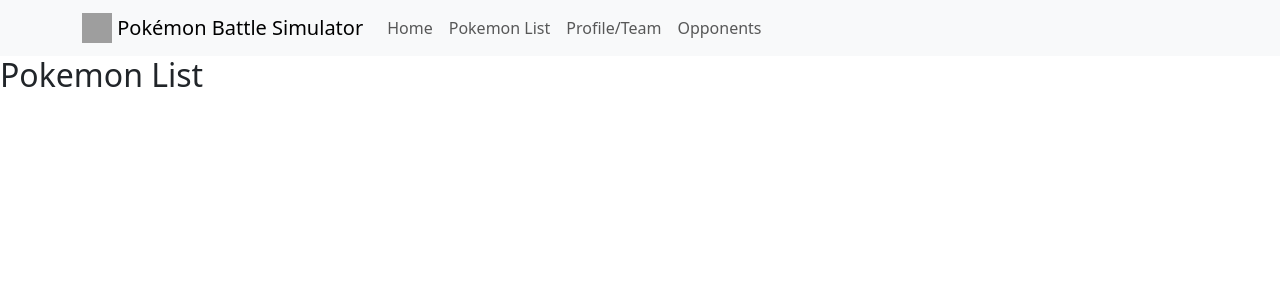
Repository: chsbca/Pokemon-Battle-Simulator
Page: /pokemon_list (app in front-end/)
The author's editor kept a copy of each file at every save. The page is drawn from the files as they stood at one save, then again after the next save.
The browser window is 1280 px wide. The pictures show the whole page.
Pictures or frames that could not be fetched are drawn as grey boxes. The page's requests for data from a server got no answer. The project was rebuilt for these pictures with package versions that can differ from the ones it lists, and the page was loaded fresh each time. No one was signed in, and anything a server would have sent is missing. Also part of the build but not shown: front-end/vite.config.js, front-end/src/pages/ProfilePage.jsx, front-end/src/pages/OpponentsPage.jsx.

Above is the page before, as saved 2024-04-10 10:02:55.

After the next save:
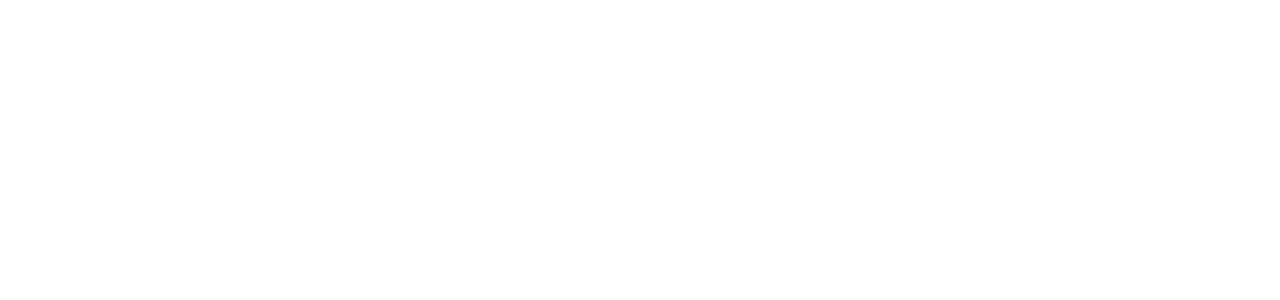
Console error: ReferenceError: PokemonCard is not defined
Saved 9 s later.
--- a/front-end/src/components/PokemonCardList.jsx
+++ b/front-end/src/components/PokemonCardList.jsx
@@ -1,7 +1,7 @@
 import React from 'react';
 import Card from 'react-bootstrap/Card';
 
-const PokemonCard = ({ pokemon }) => {
+const PokemonCardList = ({ pokemon }) => {
     // Destructure pokemon properties for easier access
     const { name, pokedexNumber, sprite, types, stats } = pokemon;
 

After the 2 saves that followed:
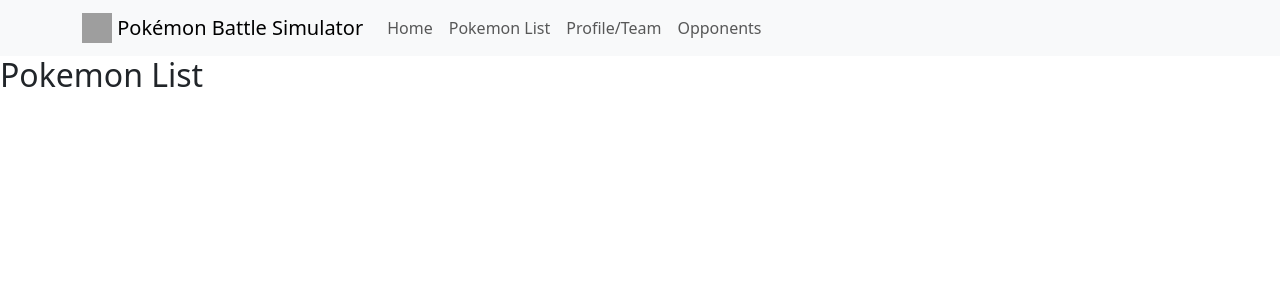
The error is gone.
The 2 saves are shown as one change because 1 left the picture as it was.
The last was saved 34 s later.
--- a/front-end/src/pages/PokemonListPage.jsx
+++ b/front-end/src/pages/PokemonListPage.jsx
@@ -51,7 +51,7 @@
 import axios from 'axios';
 import 'bootstrap/dist/css/bootstrap.min.css';
 import Spinner from 'react-bootstrap/Spinner';
-import PokemonCard from "../components/PokemonCardList";
+import PokemonCardList from "../components/PokemonCardList";
 
 const PokemonListPage = () => {
     const [pokemonDetails, setPokemonDetails] = useState([]);
@@ -103,7 +103,7 @@
             <h2>Pokemon List</h2>
             <div>
                 {pokemonDetails.map((pokemon, index) => (
-                    <PokemonCard key={index} pokemon={pokemon} />
+                    <PokemonCardList key={index} pokemon={pokemon} />
                 ))}
             </div>
         </div>
--- a/front-end/src/components/PokemonCardList.jsx
+++ b/front-end/src/components/PokemonCardList.jsx
@@ -32,4 +32,4 @@
     );
 };
 
-export default PokemonCard;
+export default PokemonCardList;
